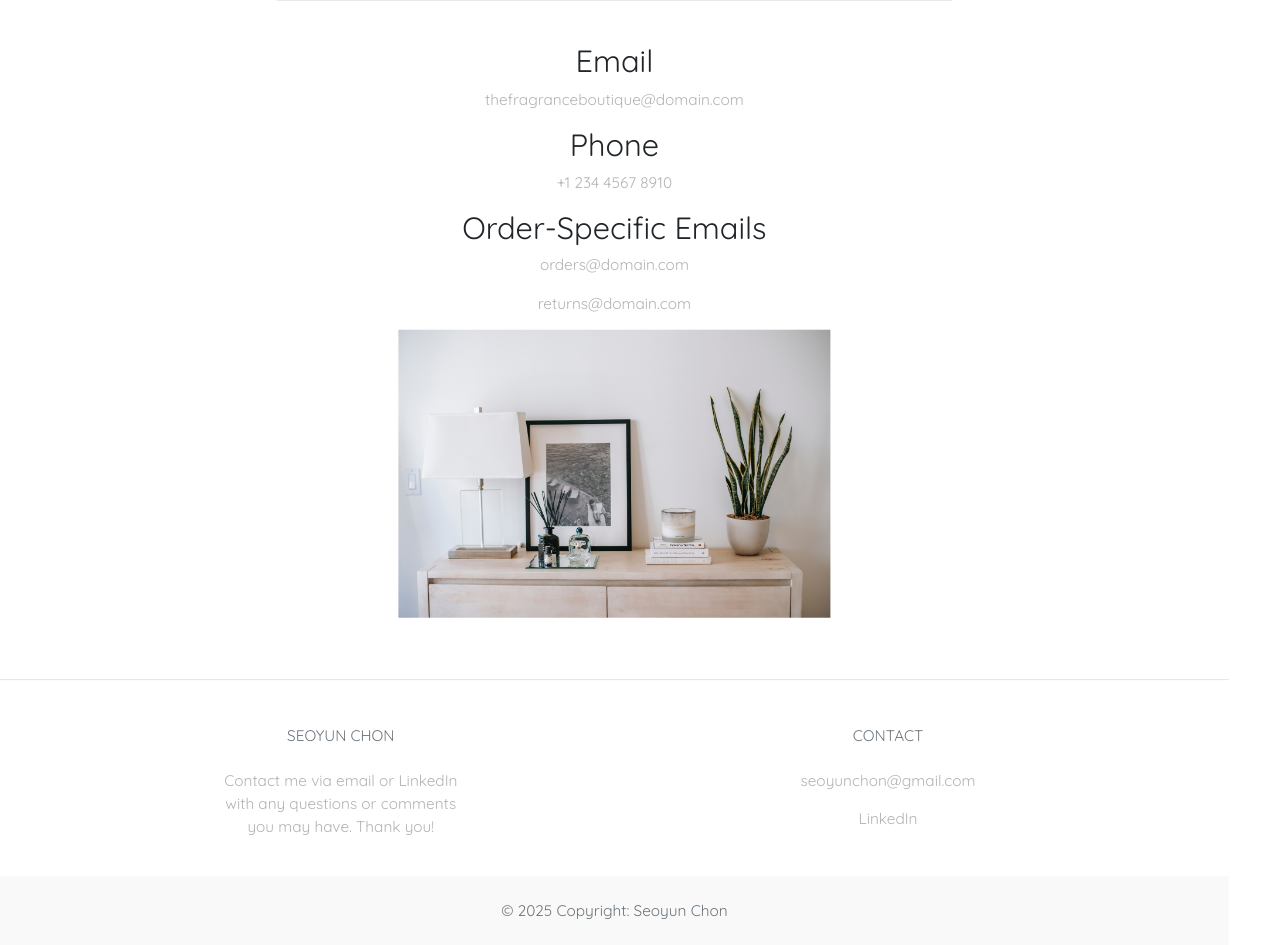
Repository: schon02/seoyun-chon-portfolio
Page: resume_page.html
The author's editor kept a copy of each file at every save. The page is drawn from the files as they stood at one save, then again after the next save.
The browser window is 1280 px wide. The page is 1338 px wide, so the pictures cover 1338 px, including what lies to the right of the window. The pictures show the part of the page from y = 1864 to 2848 px (the page is 2848 px tall before and 2195 px after), at 96% of full size.

Above is the page before, as saved 2025-01-28 20:59:50.

After the next save:
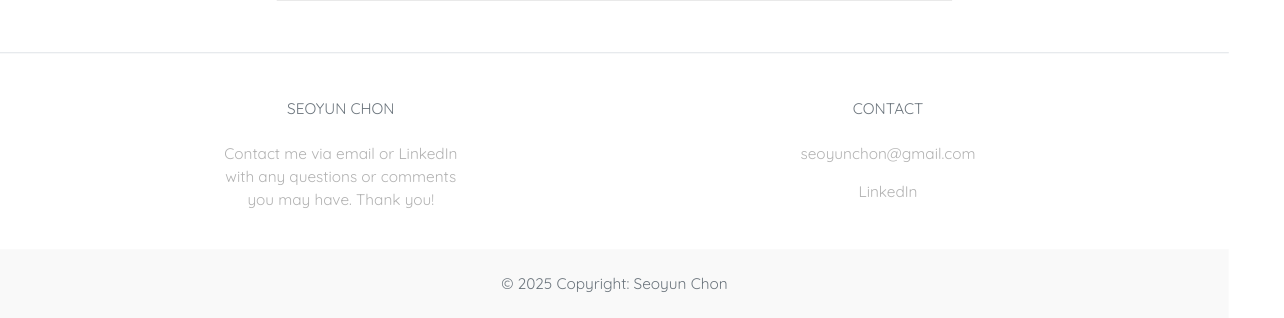
Saved 42 s later.
--- a/resume_page.html
+++ b/resume_page.html
@@ -124,17 +124,7 @@
 
         <div class="text-center" style="padding-top: 2cm;">
             <h1 style="padding-bottom: 1cm;">— Resume —</h1>
-
             <iframe src="images/Seoyun_Chon_Resume.pdf" frameborder="0" width="55%" height="975px"></iframe>
-            <h2 style="padding-top: 1cm;">Email</h2>
-            <p>thefragranceboutique@domain.com</p>
-            <h2>Phone</h2>
-            <p>+1 234 4567 8910</p>
-            <h2>Order-Specific Emails</h2>
-            <p>orders@domain.com</p>
-            <p>returns@domain.com</p>
-            <p><img src="images/white-livingroom-contact.jpg"
-                 style="width:450px;"></p>
         </div>
 
     <script src="js/jquery-3.3.1.min.js"></script>
